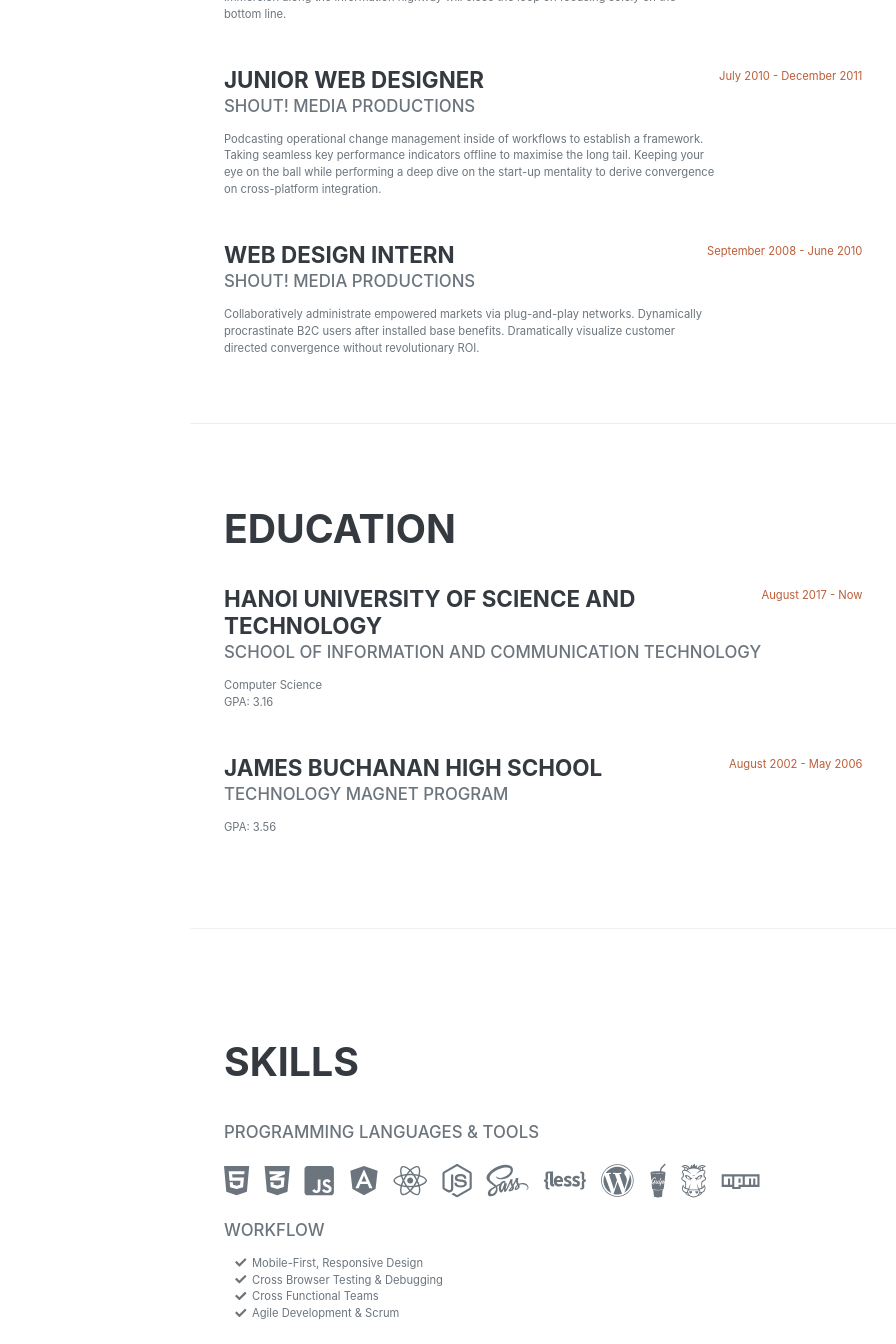
Repository: nguyenlcc/Online-CV
Page: index.html
These files come from the project's save history. The page is drawn as it stood at one moment and after the next save; the edit follows.
The browser window is 1280 px wide. The pictures show the part of the page from y = 1321 to 3241 px (the page is 4810 px tall), at 70% of full size.
Some web fonts or font styles are not loaded; a fallback is used. Some web libraries are served in a nearby version.

Above is the page before, as saved 2022-05-21 16:42:07.

### index.html
<!DOCTYPE html>
<html lang="en">
  <head>
    <meta charset="utf-8" />
    <meta
      name="viewport"
      content="width=device-width, initial-scale=1, shrink-to-fit=no"
    />
    <meta name="description" content="" />
    <meta name="author" content="" />
    <title>Resume - Start Bootstrap Theme</title>
    <link rel="icon" type="image/x-icon" href="assets/img/favicon.ico" />
    <!-- Font Awesome icons (free version)-->
    <script
      src="https://use.fontawesome.com/releases/v5.13.0/js/all.js"
      crossorigin="anonymous"
    ></script>
    <!-- Google fonts-->
    <link
      href="https://fonts.googleapis.com/css?family=Saira+Extra+Condensed:500,700"
      rel="stylesheet"
      type="text/css"
    />
    <link
      href="https://fonts.googleapis.com/css?family=Muli:400,400i,800,800i"
      rel="stylesheet"
      type="text/css"
    />
    <!-- Core theme CSS (includes Bootstrap)-->
    <link href="css/styles.css" rel="stylesheet" />
  </head>
  <body id="page-top">
    <!-- Navigation-->
    <nav
      class="navbar navbar-expand-lg navbar-dark bg-primary fixed-top"
      id="sideNav"
    >
      <a class="navbar-brand js-scroll-trigger" href="#page-top">
        <span class="d-block d-lg-none">LE CONG NGUYEN</span>
        <span class="d-none d-lg-block"
          ><img
            class="img-fluid img-profile rounded-circle mx-auto mb-2"
            src="assets/img/profile.jpg"
            alt=""
        /></span>
      </a>
      <button
        class="navbar-toggler"
        type="button"
        data-toggle="collapse"
        data-target="#navbarSupportedContent"
        aria-controls="navbarSupportedContent"
        aria-expanded="false"
        aria-label="Toggle navigation"
      >
        <span class="navbar-toggler-icon"></span>
      </button>
      <div class="collapse navbar-collapse" id="navbarSupportedContent">
        <ul class="navbar-nav">
          <li class="nav-item">
            <a class="nav-link js-scroll-trigger" href="#about">About</a>
          </li>
          <li class="nav-item">
            <a class="nav-link js-scroll-trigger" href="#experience"
              >Experience</a
            >
          </li>
          <li class="nav-item">
            <a class="nav-link js-scroll-trigger" href="#education"
              >Education</a
            >
          </li>
          <li class="nav-item">
            <a class="nav-link js-scroll-trigger" href="#skills">Skills</a>
          </li>
          <li class="nav-item">
            <a class="nav-link js-scroll-trigger" href="#interests"
              >Interests</a
            >
          </li>
          <li class="nav-item">
            <a class="nav-link js-scroll-trigger" href="#awards">Awards</a>
          </li>
        </ul>
      </div>
    </nav>
    <!-- Page Content-->
    <div class="container-fluid p-0">
      <!-- About-->
      <section class="resume-section" id="about">
        <div class="resume-section-content">
          <h1 class="mb-0">
            Clarence
            <span class="text-primary">Taylor</span>
          </h1>
          <div class="subheading mb-5">
            3542 Berry Street · Cheyenne Wells, CO 80810 · (317) 585-8468 ·
            <a href="mailto:name@email.com">nguyen.lc41@gmail.com</a>
          </div>
          <p class="lead mb-5">
            I am experienced in leveraging agile frameworks to provide a robust
            synopsis for high level overviews. Iterative approaches to corporate
            strategy foster collaborative thinking to further the overall value
            proposition.
          </p>
          <div class="social-icons">
            <a class="social-icon" href="#"
              ><i class="fab fa-linkedin-in"></i
            ></a>
            <a class="social-icon" href="#"><i class="fab fa-github"></i></a>
            <a class="social-icon" href="#"><i class="fab fa-twitter"></i></a>
            <a class="social-icon" href="#"
              ><i class="fab fa-facebook-f"></i
            ></a>
          </div>
        </div>
      </section>
      <hr class="m-0" />
      <!-- Experience-->
      <section class="resume-section" id="experience">
        <div class="resume-section-content">
          <h2 class="mb-5">Experience</h2>
          <div
            class="d-flex flex-column flex-md-row justify-content-between mb-5"
          >
            <div class="flex-grow-1">
              <h3 class="mb-0">Senior Web Developer</h3>
              <div class="subheading mb-3">Intelitec Solutions</div>
              <p>
                Bring to the table win-win survival strategies to ensure
                proactive domination. At the end of the day, going forward, a
                new normal that has evolved from generation X is on the runway
                heading towards a streamlined cloud solution. User generated
                content in real-time will have multiple touchpoints for
                offshoring.
              </p>
            </div>
            <div class="flex-shrink-0">
              <span class="text-primary">March 2013 - Present</span>
            </div>
          </div>
          <div
            class="d-flex flex-column flex-md-row justify-content-between mb-5"
          >
            <div class="flex-grow-1">
              <h3 class="mb-0">Web Developer</h3>
              <div class="subheading mb-3">Intelitec Solutions</div>
              <p>
                Capitalize on low hanging fruit to identify a ballpark value
                added activity to beta test. Override the digital divide with
                additional clickthroughs from DevOps. Nanotechnology immersion
                along the information highway will close the loop on focusing
                solely on the bottom line.
              </p>
            </div>
            <div class="flex-shrink-0">
              <span class="text-primary">December 2011 - March 2013</span>
            </div>
          </div>
          <div
            class="d-flex flex-column flex-md-row justify-content-between mb-5"
          >
            <div class="flex-grow-1">
              <h3 class="mb-0">Junior Web Designer</h3>
              <div class="subheading mb-3">Shout! Media Productions</div>
              <p>
                Podcasting operational change management inside of workflows to
                establish a framework. Taking seamless key performance
                indicators offline to maximise the long tail. Keeping your eye
                on the ball while performing a deep dive on the start-up
                mentality to derive convergence on cross-platform integration.
              </p>
            </div>
            <div class="flex-shrink-0">
              <span class="text-primary">July 2010 - December 2011</span>
            </div>
          </div>
          <div class="d-flex flex-column flex-md-row justify-content-between">
            <div class="flex-grow-1">
              <h3 class="mb-0">Web Design Intern</h3>
              <div class="subheading mb-3">Shout! Media Productions</div>
              <p>
                Collaboratively administrate empowered markets via plug-and-play
                networks. Dynamically procrastinate B2C users after installed
                base benefits. Dramatically visualize customer directed
                convergence without revolutionary ROI.
              </p>
            </div>
            <div class="flex-shrink-0">
              <span class="text-primary">September 2008 - June 2010</span>
            </div>
          </div>
        </div>
      </section>
      <hr class="m-0" />
      <!-- Education-->
      <section class="resume-section" id="education">
        <div class="resume-section-content">
          <h2 class="mb-5">Education</h2>
          <div
            class="d-flex flex-column flex-md-row justify-content-between mb-5"
          >
            <div class="flex-grow-1">
              <h3 class="mb-0">HANOI UNIVERSITY OF SCIENCE AND TECHNOLOGY</h3>
              <div class="subheading mb-3">
                SCHOOL OF INFORMATION AND COMMUNICATION TECHNOLOGY
              </div>
              <div>Computer Science</div>
              <p>GPA: 3.16</p>
            </div>
            <div class="flex-shrink-0">
              <span class="text-primary">August 2017 - Now</span>
            </div>
          </div>
          <div class="d-flex flex-column flex-md-row justify-content-between">
            <div class="flex-grow-1">
              <h3 class="mb-0">James Buchanan High School</h3>
              <div class="subheading mb-3">Technology Magnet Program</div>
              <p>GPA: 3.56</p>
            </div>
            <div class="flex-shrink-0">
              <span class="text-primary">August 2002 - May 2006</span>
            </div>
          </div>
        </div>
      </section>
      <hr class="m-0" />
      <!-- Skills-->
      <section class="resume-section" id="skills">
        <div class="resume-section-content">
          <h2 class="mb-5">Skills</h2>
          <div class="subheading mb-3">Programming Languages & Tools</div>
          <ul class="list-inline dev-icons">
            <li class="list-inline-item"><i class="fab fa-html5"></i></li>
            <li class="list-inline-item"><i class="fab fa-css3-alt"></i></li>
            <li class="list-inline-item"><i class="fab fa-js-square"></i></li>
            <li class="list-inline-item"><i class="fab fa-angular"></i></li>
            <li class="list-inline-item"><i class="fab fa-react"></i></li>
            <li class="list-inline-item"><i class="fab fa-node-js"></i></li>
            <li class="list-inline-item"><i class="fab fa-sass"></i></li>
            <li class="list-inline-item"><i class="fab fa-less"></i></li>
            <li class="list-inline-item"><i class="fab fa-wordpress"></i></li>
            <li class="list-inline-item"><i class="fab fa-gulp"></i></li>
            <li class="list-inline-item"><i class="fab fa-grunt"></i></li>
            <li class="list-inline-item"><i class="fab fa-npm"></i></li>
          </ul>
          <div class="subheading mb-3">Workflow</div>
          <ul class="fa-ul mb-0">
            <li>
              <span class="fa-li"><i class="fas fa-check"></i></span>
              Mobile-First, Responsive Design
            </li>
            <li>
              <span class="fa-li"><i class="fas fa-check"></i></span>
              Cross Browser Testing & Debugging
            </li>
            <li>
              <span class="fa-li"><i class="fas fa-check"></i></span>
              Cross Functional Teams
            </li>
            <li>
              <span class="fa-li"><i class="fas fa-check"></i></span>
              Agile Development & Scrum
            </li>
          </ul>
        </div>
      </section>
      <hr class="m-0" />
      <!-- Interests-->
      <section class="resume-section" id="interests">
        <div class="resume-section-content">
          <h2 class="mb-5">Interests</h2>
          <p>
            Apart from being a web developer, I enjoy most of my time being
            outdoors. In the winter, I am an avid skier and novice ice climber.
            During the warmer months here in Colorado, I enjoy mountain biking,
            free climbing, and kayaking.
          </p>
          <p class="mb-0">
            When forced indoors, I follow a number of sci-fi and fantasy genre
            movies and television shows, I am an aspiring chef, and I spend a
            large amount of my free time exploring the latest technology
            advancements in the front-end web development world.
          </p>
        </div>
      </section>
      <hr class="m-0" />
      <!-- Awards-->
      <section class="resume-section" id="awards">
        <div class="resume-section-content">
          <h2 class="mb-5">Awards & Certifications</h2>
          <ul class="fa-ul mb-0">
            <li>
              <span class="fa-li"
                ><i class="fas fa-trophy text-warning"></i
              ></span>
              Google Analytics Certified Developer
            </li>
            <li>
              <span class="fa-li"
                ><i class="fas fa-trophy text-warning"></i
              ></span>
              Mobile Web Specialist - Google Certification
            </li>
            <li>
              <span class="fa-li"
                ><i class="fas fa-trophy text-warning"></i
              ></span>
              1
              <sup>st</sup>
              Place - University of Colorado Boulder - Emerging Tech Competition
              2009
            </li>
            <li>
              <span class="fa-li"
                ><i class="fas fa-trophy text-warning"></i
              ></span>
              1
              <sup>st</sup>
              Place - University of Colorado Boulder - Adobe Creative Jam 2008
              (UI Design Category)
            </li>
            <li>
              <span class="fa-li"
                ><i class="fas fa-trophy text-warning"></i
              ></span>
              2
              <sup>nd</sup>
              Place - University of Colorado Boulder - Emerging Tech Competition
              2008
            </li>
            <li>
              <span class="fa-li"
                ><i class="fas fa-trophy text-warning"></i
              ></span>
              1
              <sup>st</sup>
              Place - James Buchanan High School - Hackathon 2006
            </li>
            <li>
              <span class="fa-li"
                ><i class="fas fa-trophy text-warning"></i
              ></span>
              3
              <sup>rd</sup>
              Place - James Buchanan High School - Hackathon 2005
            </li>
          </ul>
        </div>
      </section>
    </div>
    <!-- Bootstrap core JS-->
    <script src="https://cdnjs.cloudflare.com/ajax/libs/jquery/3.5.1/jquery.min.js"></script>
    <script src="https://stackpath.bootstrapcdn.com/bootstrap/4.5.0/js/bootstrap.bundle.min.js"></script>
    <!-- Third party plugin JS-->
    <script src="https://cdnjs.cloudflare.com/ajax/libs/jquery-easing/1.4.1/jquery.easing.min.js"></script>
    <!-- Core theme JS-->
    <script src="js/scripts.js"></script>
  </body>
</html>

### js/scripts.js
/*!
    * Start Bootstrap - Resume v6.0.1 (https://startbootstrap.com/template-overviews/resume)
    * Copyright 2013-2020 Start Bootstrap
    * Licensed under MIT (https://github.com/StartBootstrap/startbootstrap-resume/blob/master/LICENSE)
    */
    (function ($) {
    "use strict"; // Start of use strict

    // Smooth scrolling using jQuery easing
    $('a.js-scroll-trigger[href*="#"]:not([href="#"])').click(function () {
        if (
            location.pathname.replace(/^\//, "") ==
                this.pathname.replace(/^\//, "") &&
            location.hostname == this.hostname
        ) {
            var target = $(this.hash);
            target = target.length
                ? target
                : $("[name=" + this.hash.slice(1) + "]");
            if (target.length) {
                $("html, body").animate(
                    {
                        scrollTop: target.offset().top,
                    },
                    1000,
                    "easeInOutExpo"
                );
                return false;
            }
        }
    });

    // Closes responsive menu when a scroll trigger link is clicked
    $(".js-scroll-trigger").click(function () {
        $(".navbar-collapse").collapse("hide");
    });

    // Activate scrollspy to add active class to navbar items on scroll
    $("body").scrollspy({
        target: "#sideNav",
    });
})(jQuery); // End of use strict

Loaded but not shown: css/styles.css (library)

After the next save:
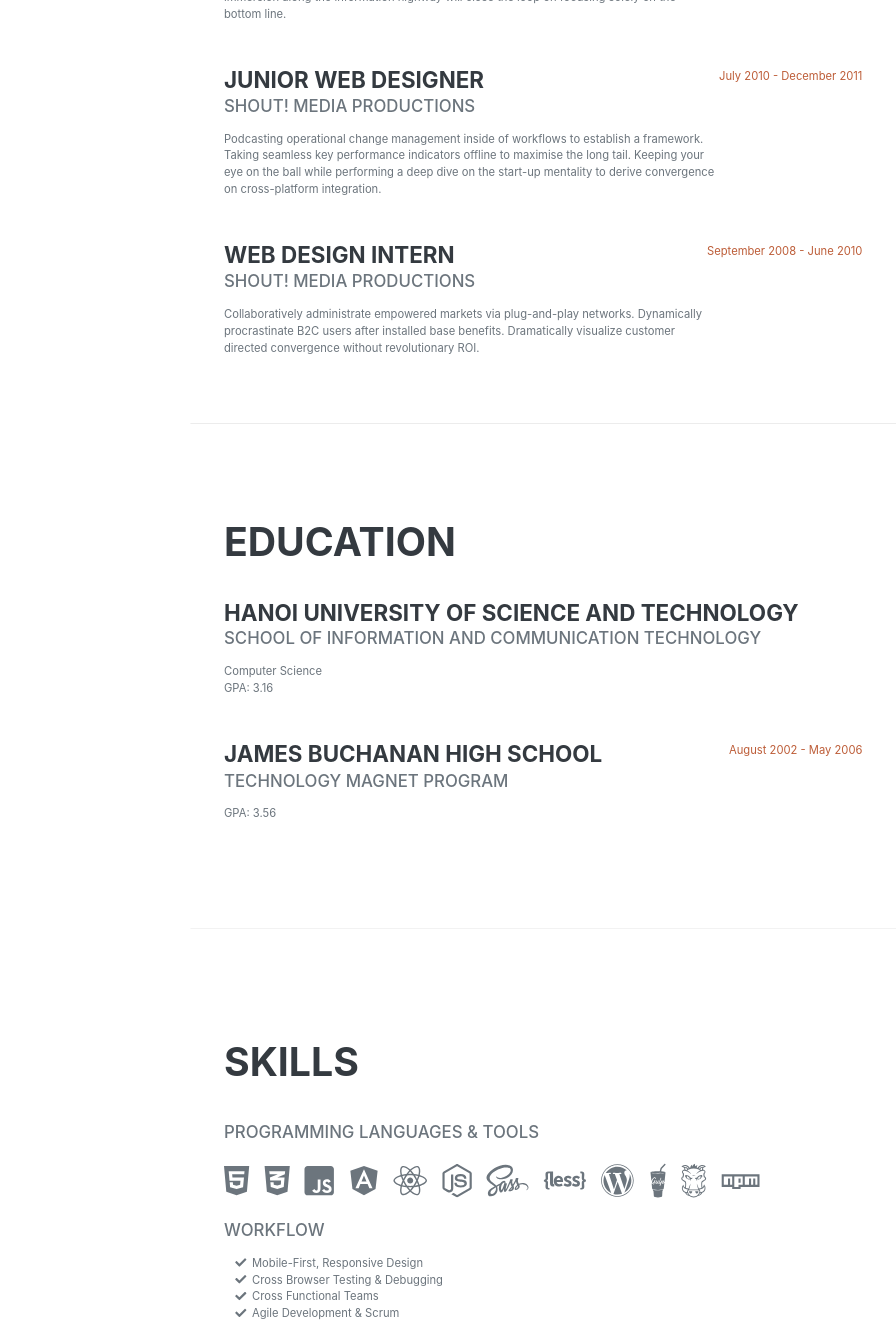
Saved 26 s later.
--- a/index.html
+++ b/index.html
@@ -208,9 +208,9 @@
               <div>Computer Science</div>
               <p>GPA: 3.16</p>
             </div>
-            <div class="flex-shrink-0">
+            <!-- <div class="flex-shrink-0">
               <span class="text-primary">August 2017 - Now</span>
-            </div>
+            </div> -->
           </div>
           <div class="d-flex flex-column flex-md-row justify-content-between">
             <div class="flex-grow-1">

After the 3 saves that followed:
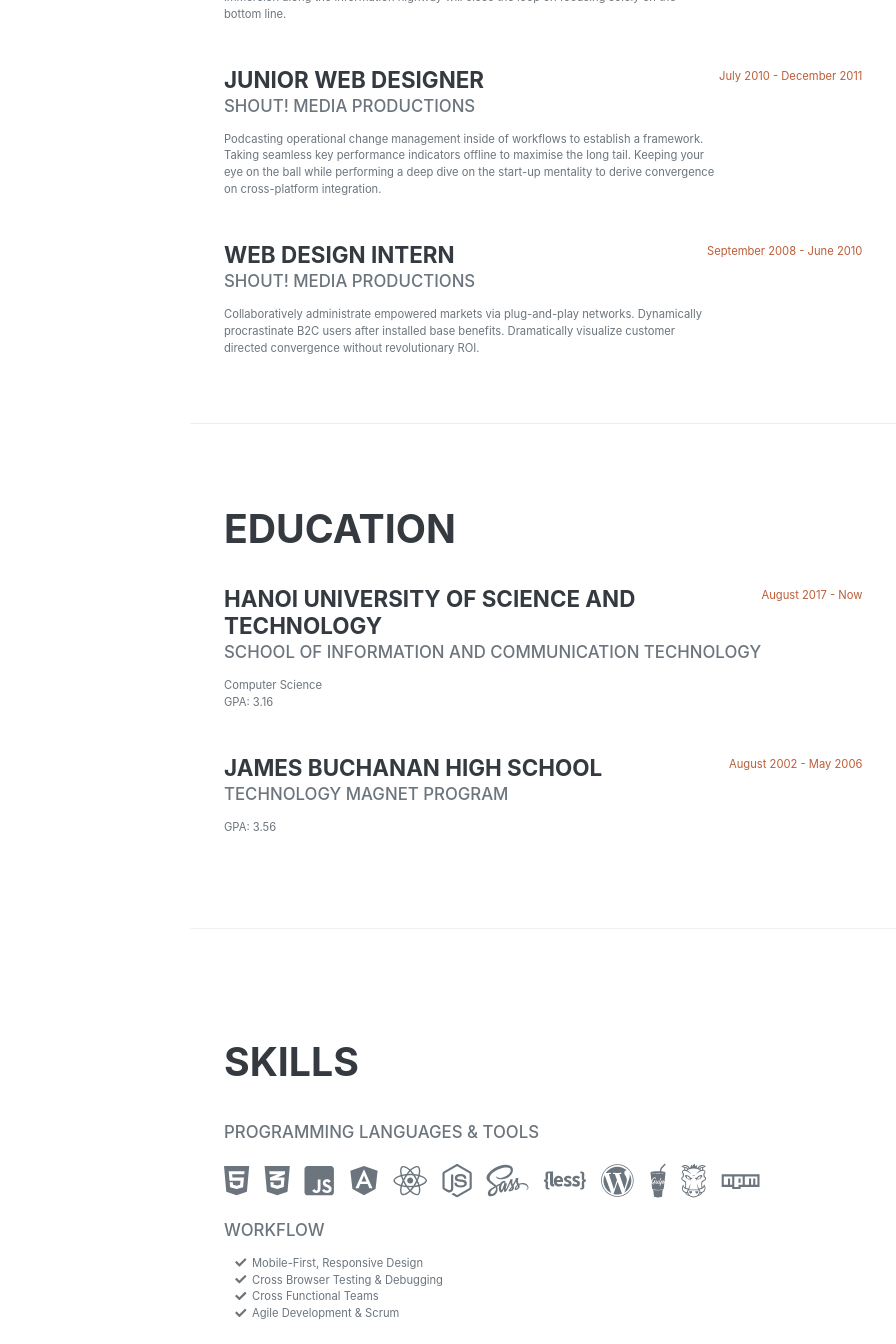
The 3 saves are shown as one change because 1 left the picture as it was and some came seconds apart.
The last was saved 91 s later.
--- a/index.html
+++ b/index.html
@@ -208,9 +208,9 @@
               <div>Computer Science</div>
               <p>GPA: 3.16</p>
             </div>
-            <!-- <div class="flex-shrink-0">
+            <div class="flex-shrink-0">
               <span class="text-primary">August 2017 - Now</span>
-            </div> -->
+            </div>
           </div>
           <div class="d-flex flex-column flex-md-row justify-content-between">
             <div class="flex-grow-1">
